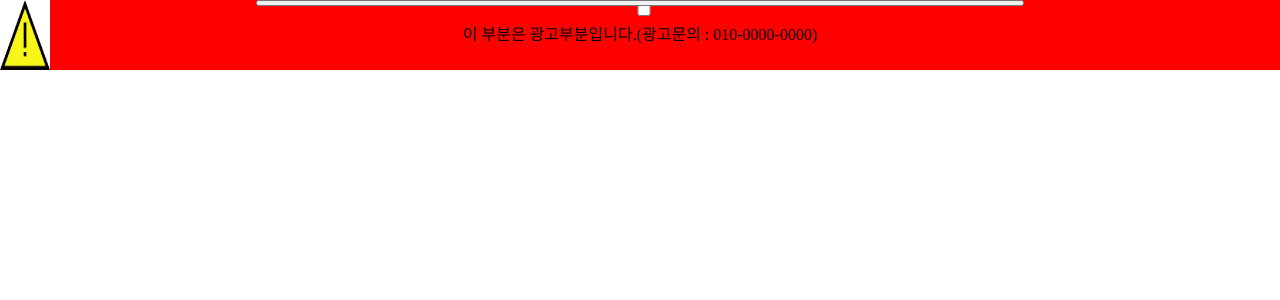
Repository: leehyeonung/myproject
Page: http://localhost/myproject/
An editor plug-in stored every save of this project. The page is shown before and after the next save, followed by the edit.
The browser window is 1280 px wide. The pictures show the whole page.
The page is served by Tomcat 9.

Above is the page before, as saved 2023-03-15 10:48:48.

After the next save:
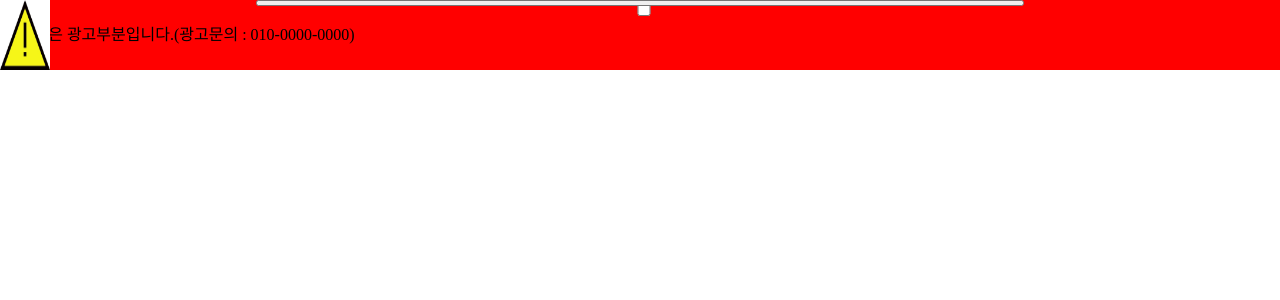
Saved 14 s later.
--- a/myproject/src/main/webapp/resources/css/header.css
+++ b/myproject/src/main/webapp/resources/css/header.css
@@ -17,9 +17,6 @@
 	height:70px;
 	background-color: red;
 	line-height: 70px;
-	display: flex;
-	justify-content: center;
-	align-content: center;
 }
 header{
 
